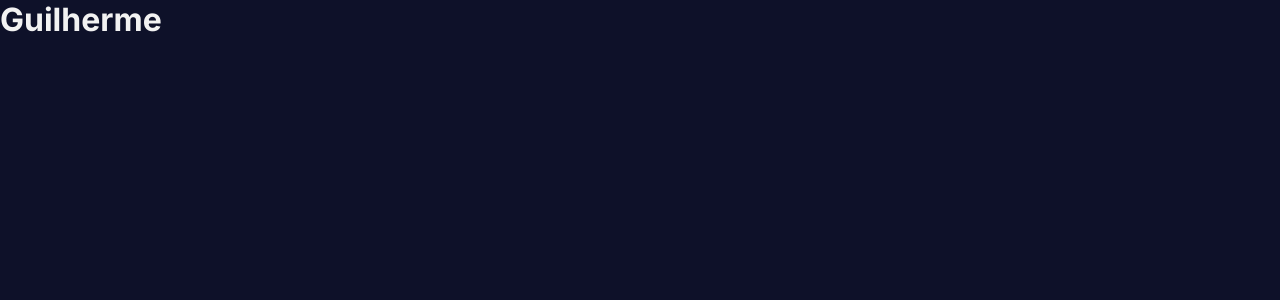
Repository: guilhermecardoso93/github-finder
Page: /
The author's editor kept a copy of each file at every save. The page is drawn from the files as they stood at one save, then again after the next save.
The browser window is 1280 px wide. The pictures show the whole page.
The project was rebuilt for these pictures with package versions that can differ from the ones it lists, and the page was loaded fresh each time. Also part of the build but not shown: vite.config.ts.

Above is the page before, as saved 2024-10-23 19:47:28.

After the next save:
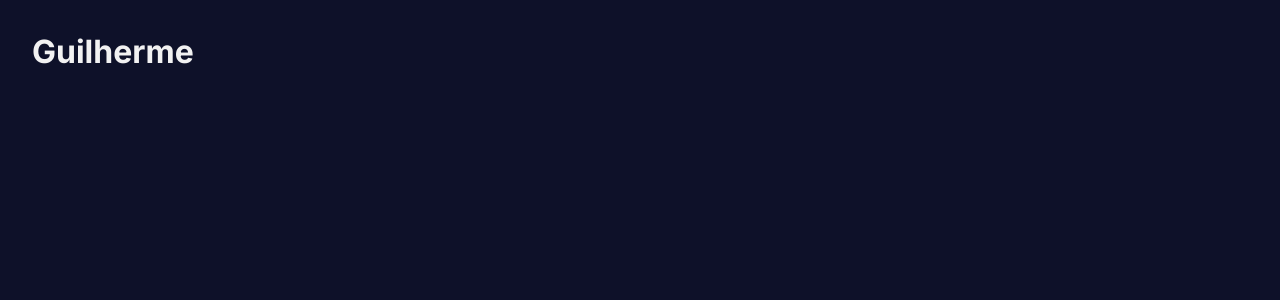
Saved 14 s later.
--- a/src/index.css
+++ b/src/index.css
@@ -9,4 +9,5 @@
 
 body {
   background-color: #0e1129;
+  padding: 2rem;
 }
